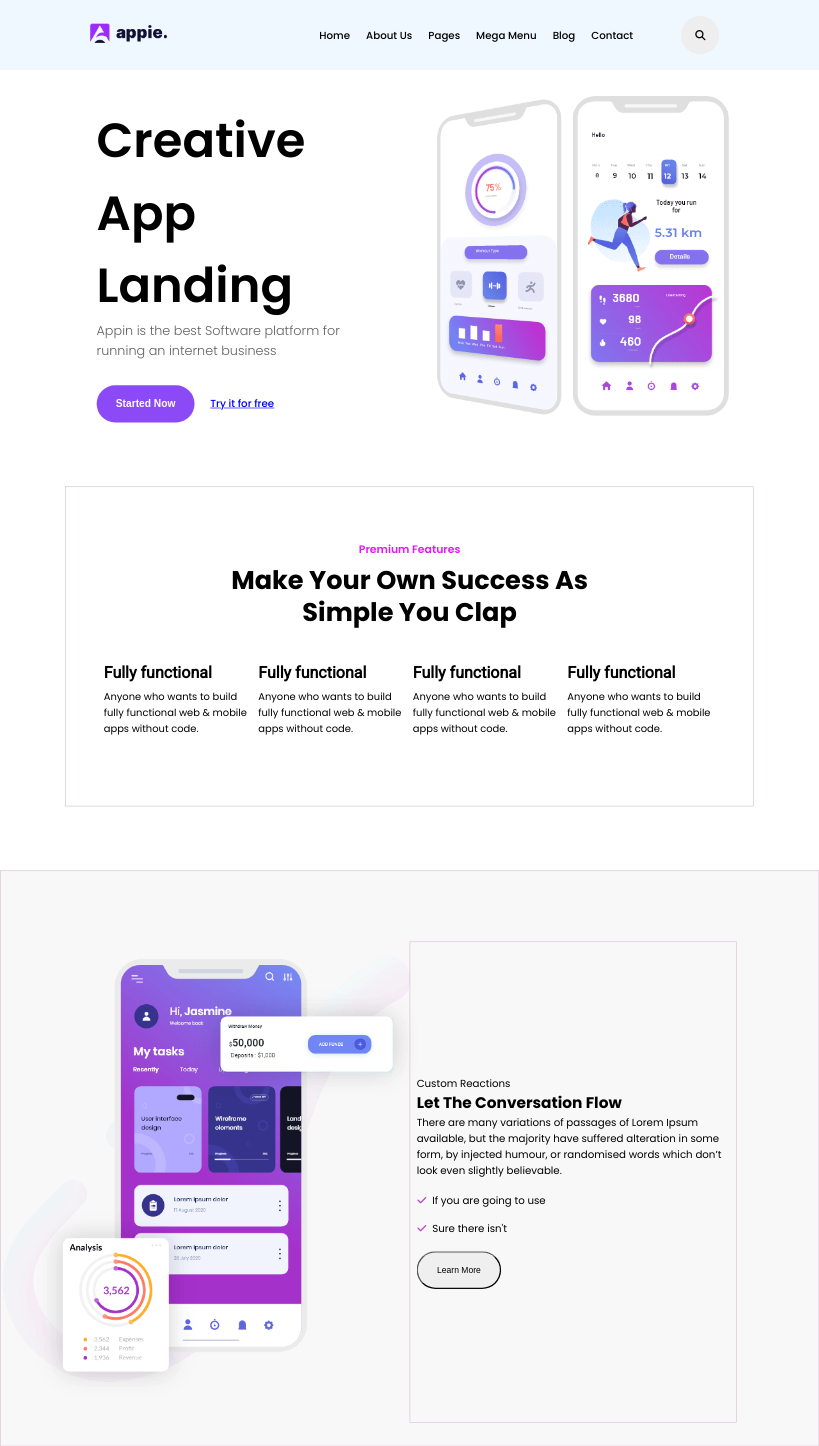
Repository: northpx/landingpage
Page: index.html
An editor plug-in stored every save of this project. The page is shown before and after the next save, followed by the edit.
The browser window is 1280 px wide. The pictures show the whole page, at 64% of full size.

Above is the page before, as saved 2022-12-28 16:01:38.

### index.html
<!DOCTYPE html>
<html lang="en">

<head>
    <meta charset="UTF-8">
    <meta http-equiv="X-UA-Compatible" content="IE=edge">
    <meta name="viewport" content="width=device-width, initial-scale=1.0">
    <link rel="stylesheet" href="/src/css/style.css">
    <link rel="stylesheet" href="https://cdnjs.cloudflare.com/ajax/libs/font-awesome/6.2.1/css/all.min.css"
        integrity="sha512-MV7K8+y+gLIBoVD59lQIYicR65iaqukzvf/nwasF0nqhPay5w/9lJmVM2hMDcnK1OnMGCdVK+iQrJ7lzPJQd1w=="
        crossorigin="anonymous" referrerpolicy="no-referrer" />
    <title>Document</title>

</head>

<body>
    <div class="container">
        <div class="navbar">
            <div class="logo">
                <div class="logo-img">
                    <img src="image/purple-logo.png" alt="">
                </div>
            </div>
            <div class="menu">
                <div class="menu-list">
                    <ul class="menu-item">
                        <li class="item">Home</li>
                        <li class="item">About Us</li>
                        <li class="item">Pages</li>
                        <li class="item">Mega Menu</li>
                        <li class="item">Blog</li>
                        <li class="item">Contact</li>
                    </ul>
                </div>
                <i class="fa-solid fa-bars"></i>
                <div class="search">
                    <div class="box-search">
                        <i class="fa-solid fa-magnifying-glass"></i>
                    </div>
                </div>
            </div>

        </div>
        <div class="header">
            <div class="header1">
                <div class="content">
                    <div class="header1_content">
                        <h1>Creative <br>App Landing</h1>
                        <h6>Appin is the best Software platform for running an internet business</h6>
                    </div>
                    <button class="btn_start">
                        Started Now
                    </button>
                    <a href="#">Try it for free</a>
                </div>
            </div>
            <div class="header2">
                <div class="header2_image">
                    <img src="image/home1-app-screen.png" alt="">
                </div>
            </div>
        </div>
        <div class="section2">
            <div class="section2_box">
                <div class="section2_title">
                    <p>Premium Features</p>
                    <h2>Make Your Own Success As <br>Simple You Clap</h2>
                </div>
                <div class="section2_content">
                    <div class="section2_content_body">
                        <div class="content1">
                            <div class="content_title">
                                <h2>Fully functional</h2>
                                <p>Anyone who wants to build fully functional web & mobile apps without code.</p>
                            </div>
                        </div>
                        <div class="content1">
                            <div class="content_title">
                                <h2>Fully functional</h2>
                                <p>Anyone who wants to build fully functional web & mobile apps without code.</p>
                            </div>
                        </div>
                        <div class="content1">
                            <div class="content_title">
                                <h2>Fully functional</h2>
                                <p>Anyone who wants to build fully functional web & mobile apps without code.</p>
                            </div>
                        </div>
                        <div class="content1">
                            <div class="content_title">
                                <h2>Fully functional</h2>
                                <p>Anyone who wants to build fully functional web & mobile apps without code.</p>
                            </div>
                        </div>
                    </div>
                </div>
            </div>
        </div>
        <div class="section3_container">
            <div class="section3">
                <div class="section3_img">
                    <div class="image">
                        <img src="image/Screen-1-1.png" alt="">
                    </div>
                </div>
                <div class="section3_content">
                    <div class="content3">
                        <p>Custom Reactions</p>
                        <h2>Let The Conversation Flow</h2>
                        <p>
                            There are many variations of passages of Lorem Ipsum available, but the majority have
                            suffered alteration in some form, by injected humour, or randomised words which don’t look
                            even slightly believable.
                        </p>
                        <ul>
                            <li>
                                <i class="fa-solid fa-check"></i>
                                <span>If you are going to use</span>
                            </li>
                            <li>
                                <i class="fa-solid fa-check"></i>
                                <span>Sure there isn't</span>
                            </li>
                        </ul>
                        <div class="btn-section3">
                            <button>Learn More</button>
                        </div>
                    </div>
                </div>
            </div>
        </div>
    </div>

</html>

### src/css/style.css
@import url('https://fonts.googleapis.com/css2?family=Poppins:ital,wght@0,200;0,300;0,400;0,500;0,600;0,700;0,800;0,900;1,200;1,300;1,400;1,500;1,600;1,700;1,800;1,900&family=Roboto&display=swap');
@import url(https://fonts.googleapis.com/css?family=Open+Sans:300,400,700);
*{
    padding: 0;
    margin: 0;
    box-sizing: border-box;
}
body{
    font-family: 'Poppins';
}
.container{
    width: 100%;
    height: 1000px;
    /* overflow: auto; */
}

.navbar{
    display: flex;
    width: 100%;
    height: 110px;
    align-items: center;
    margin: 0 auto;
    padding: 0 11%;
    position: sticky;
    top: 0;
    z-index: 5;
    background-color: aliceblue;
}


.menu{
    display: flex;
    margin-left: auto;
    align-items: center;
}

.menu .menu-item{
    display: flex;
    list-style-type: none;
}

.item{
    margin-right: 25px;
    font-weight: 500;
}

.search{
    margin-left: 50px;
    margin-right: 5px;
    align-items: center;
}
.box-search{
    width: 60px;
    height: 60px;
    background: #efeeee;
    color: rgb(4, 4, 4);
    display: inline-flex;
    align-items: center;
    justify-content: center;
    border-radius: 50%;
    margin-right: 10px;
}

.fa-solid.fa-bars{
    display: none;
}

.header{
    width: 78%;
    height: 550px;
    margin: 0 auto;
}

.header1{
    float: left;
    width: 50%;
    height: 550px;
    position: relative;
}
.header2{
    float: left;
    width: 50%;
    height: 550px;
    position: relative;
}
.header::after{
    content: "";
    display: table;
    clear: both;
}

.content{
    position: absolute;
    width: 90%;
    bottom: 0;
    left: 0;
    padding-left: 10px;
}
.header2_image{
    position: absolute;
    right: 0;
    bottom: 0;
}

.btn_start{
    border-radius: 30px;
    padding: 20px 30px;
    font-size: 16px;
    font-weight: 600;
    color: white;
    margin-right: 20px;
    border: none;
    outline: none;
    background-color: rgb(140, 74, 246);
}

a{
    font-size: 16px;
    font-weight: 500;
}

.header1_content{
    margin-bottom: 40px;
}
h1{
    font-size: 75px;
    font-weight: 600;
}

h6{
    font-weight: 300;
    font-size: 20px;
    color: rgb(97, 97, 97);
}

.section2{
    width: 84%;
    height: 500px;
    display: flex;
    flex-direction: column;
    border: 1px solid thistle;
    margin: 100px auto;
    /* margin-top: 100px; */
    align-items: center;
    justify-content: center;
}
.section2_title{
    text-align: center;
}
.section2_title h2{
    font-size: 40px;
    line-height: 50px;
}
.section2_title p{
    font-size: 17px;
    font-weight: 600;
    color: rgb(226, 24, 249);
    margin-bottom: 10px;
}
.section2_box{
    display: flex;
    flex-direction: column;
    margin-bottom: 20px;
    align-items: center;
    justify-content: center;
}

.section2_content{
    width: 100%;
    margin-top: 50px;
}
.section2_content_body{
    width: 90%;
    display: flex;
    margin: 0 auto;
}
.content1{
    width: 25%;
    padding: 5px;
}

.content_title h2{
    font-family: 'Roboto';
    font-weight: bold;
    font-size: 25px;
    margin-bottom: 10px;
}
.content_title p {
    line-height: 25px;
    font-size: 15.5px;
}

.section3_container{
    width: 100%;
    height: 900px;
    border: 1px solid thistle;
    background-color: rgb(248, 248, 248);
    padding: 110px 0px 70px;
}

.section3{
    width: 80%;
    display: flex;
    margin: 0 auto;
}

.section3_img{
    width: 50%;
    align-items: center;
    display: flex;
    flex-wrap: wrap;
    justify-content: center;
    line-height: 30px;
    padding: 10px;
}
.image{
    margin-left: -100px;
}
.section3_img img{
    display: inline-block;
    text-align: left;
}

.section3_content{
    display: flex;
    flex-wrap: wrap;
    align-items: center;
    justify-content: center;
    width: 50%;
    border: 1px solid thistle;
    padding: 10px;
}
.content3{
    width: 100%;
}

.content3 ul{
    list-style-type: none;
    line-height: 30px;
    margin: 20px 0px;
}
.content3 li:nth-child(1){
    padding-bottom: 7px;
}
.content3 li:nth-child(2){
    margin-top: 7px;
}
.fa-solid.fa-check{
    width: 20px;
    height: 16px;
    color: #c03ed1;
    font-weight: 900;
}

.btn-section3 button{
    padding: 20px 30px;
    border-radius: 40px;
}

After the next save:
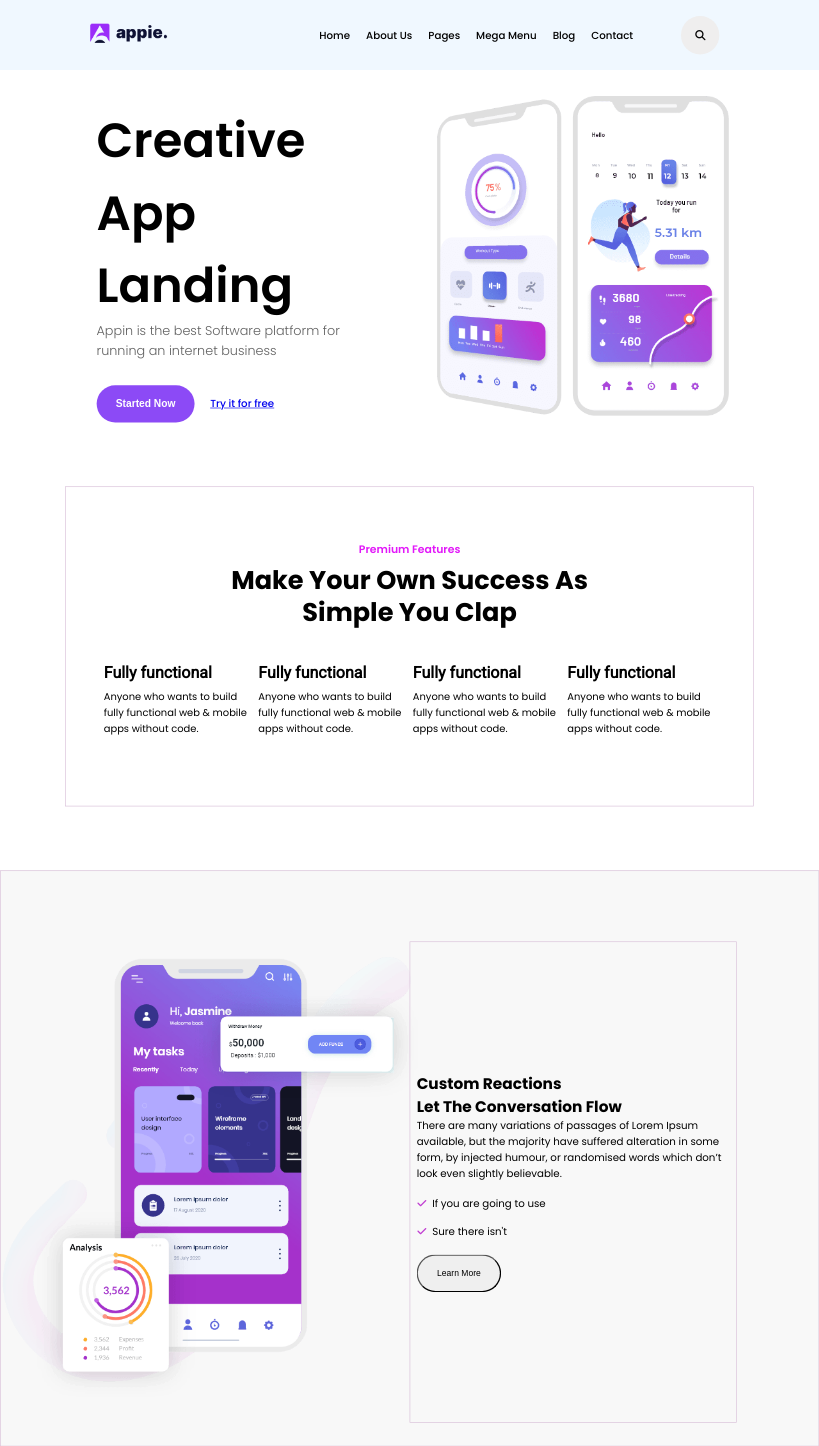
Saved 46 s later.
--- a/index.html
+++ b/index.html
@@ -105,7 +105,7 @@
                 </div>
                 <div class="section3_content">
                     <div class="content3">
-                        <p>Custom Reactions</p>
+                        <h2>Custom Reactions</h2>
                         <h2>Let The Conversation Flow</h2>
                         <p>
                             There are many variations of passages of Lorem Ipsum available, but the majority have
